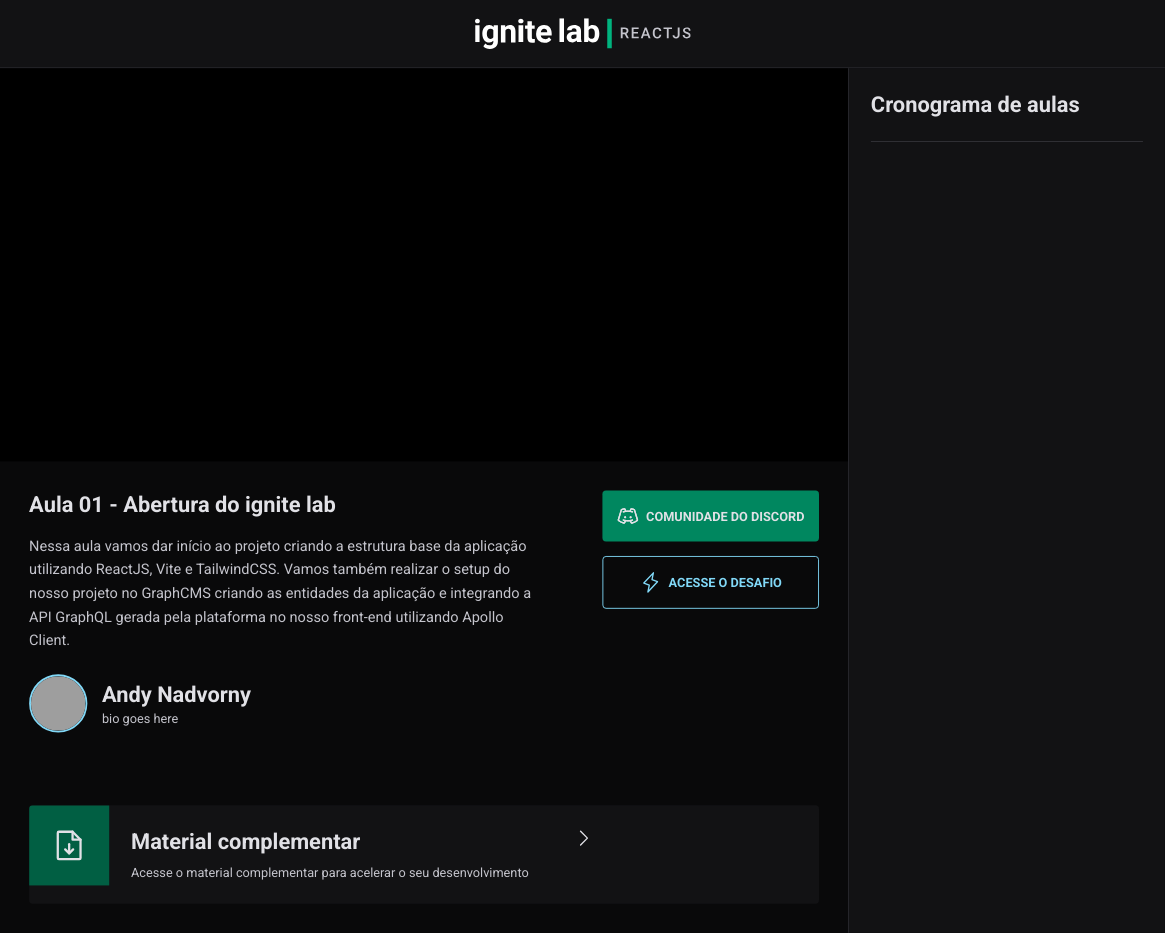
Repository: andynadvorny/event-platform
Page: /
The author's editor kept a copy of each file at every save. The page is drawn from the files as they stood at one save, then again after the next save.
The browser window is 1280 px wide. The pictures show the whole page, at 91% of full size.
Pictures or frames that could not be fetched are drawn as grey boxes. The page's requests for data from a server got no answer. The project was rebuilt for these pictures with package versions that can differ from the ones it lists, and the page was loaded fresh each time. No one was signed in, and anything a server would have sent is missing. Also part of the build but not shown: vite.config.ts, src/components/Lesson.tsx.

Above is the page before, as saved 2022-06-24 14:29:57.

### src/App.tsx
import { Event } from './pages/Event'

function App() {
  return (
    <Event />
  )
}

export default App

### src/lib/apollo.ts
import { ApolloClient, InMemoryCache } from "@apollo/client";

export const client = new ApolloClient({
  uri: 'https://api-sa-east-1.graphcms.com/v2/cl4q028zp2n6q01xs9d4d26wj/master',
  cache: new InMemoryCache()
});

### src/pages/Event.tsx
import { Header } from '../components/Header'
import { Sidebar } from '../components/Sidebar'
import { Video } from '../components/Video'

export function Event() {
  return (
    <div className="flex flex-col min-h-screen">
      <Header />
      <main className="flex flex-1">
        <Video />
        <Sidebar />
      </main>
    </div>
  )
}

### src/components/Sidebar.tsx
import { gql, useQuery } from "@apollo/client";
import { Lesson } from "./Lesson";

const GET_LESSONS_QUERY = gql`
  query {
    lessons(orderBy: availableAt_ASC, stage: PUBLISHED) {
      id
      lessonType
      availableAt
      title
      slug
    }
  }
`

interface GetLessonsQueryResponse {
  lessons: {
    id: string;
    lessonType: 'live' | 'class'
    availableAt: string;
    title: string;
    slug: string;
  }[]
}

export function Sidebar() {
  const { data } = useQuery<GetLessonsQueryResponse>(GET_LESSONS_QUERY)

  return (
    <aside className="w-[348px] bg-gray-700 p-6 border-l border-gray-600">
      <span className="font-bold text-2xl pb-6 mb-6 border-b border-gray-500 block">
        Cronograma de aulas
      </span>
      <div className="flex flex-col gap-8">
        {data?.lessons.map( lesson => (
          <Lesson
            key={lesson.id}
            title={lesson.title}
            slug={lesson.slug}
            availableAt={new Date(lesson.availableAt)}
            type={lesson.lessonType}
          />
        ))}
      </div>
    </aside>
  )
}

### src/components/Video.tsx
import { CaretRight, DiscordLogo, FileArrowDown, Lightning } from "phosphor-react";

export function Video() {
  return (
    <div className="flex-1">
      <div className="flex justify-center bg-black">
        <div className="h-full w-full max-w-[1100px] max-h-[60vh] aspect-video"></div>
      </div>

      <div className="p-8 max-w-[1100px] mx-auto">
        <div className="flex items-start gap-16">
          <div className="flex-1">
            <h1 className="text-2xl font-bold">
              Aula 01 - Abertura do ignite lab
            </h1>
            <p className="mt-4 text-gray-200 leading-relaxed">
              Nessa aula vamos dar início ao projeto criando a estrutura base da aplicação utilizando ReactJS, Vite e TailwindCSS. Vamos também realizar o setup do nosso projeto no GraphCMS criando as entidades da aplicação e integrando a API GraphQL gerada pela plataforma no nosso front-end utilizando Apollo Client.
            </p>
            <div className="flex items-center gap-4 mt-6">
              <img
                className="h-16 w-16 rounded-full border-2 border-blue-500"
                src="https://github.com/andynadvorny.png"
                alt="andy nadvorny"
              />
              <div className="leading-relaxed">
                <strong className="font-bold text-2xl block">Andy Nadvorny</strong>
                <span className="text-gray-200 text-sm block">bio goes here</span>
              </div>
            </div>
          </div>
          <div className="flex flex-col gap-4">
            <a
              href=""
              className="p-4 text-sm bg-green-500 flex items-center rounded font-bold uppercase gap-2 justify-center hover:bg-green-700 transition-colors"
            >
              <DiscordLogo size={24} />
              Comunidade do Discord
            </a>
            <a
              href=""
              className="p-4 text-sm border border-blue-500 text-blue-500 flex items-center rounded font-bold uppercase gap-2 justify-center hover:bg-blue-500 hover:text-gray-900 transition-colors"
            >
              <Lightning size={24} />
              Acesse o desafio
            </a>
          </div>
        </div>

        <div className="gap-8 mt-20 gid grid-cols-2">
          <a href="" className="bg-gray-700 rounded overflow-hidden flex items-stretch gap-6 hover:bg-gray-600 transition-colors">
            <div className="bg-green-700 h-full p-6 flex items-center">
              <FileArrowDown size={40} />
            </div>
            <div className="py-6 leading-relaxed">
              <strong className="text-2xl">
                Material complementar
              </strong>
              <p className="text-sm text-gray-200 mt-2">
                Acesse o material complementar para acelerar o seu desenvolvimento
              </p>
            </div>
            <div className="h-full p-6 flex items-center">
              <CaretRight size={24} />
            </div>
          </a>
          <a href="">

          </a>
        </div>
      </div>
    </div>
  )
}

### src/components/Logo.tsx
export function Logo() {
  return (
    <svg
      xmlns="http://www.w3.org/2000/svg"
      width="237"
      height="34"
      fill="none"
      viewBox="0 0 237 34"
    >
      <path
        fill="#fff"
        d="M.002 3.112a2.49 2.49 0 01.165-.987c.12-.314.304-.595.535-.83A2.906 2.906 0 012.615.572c.698 0 1.374.257 1.912.723.23.24.412.524.536.837a2.701 2.701 0 010 1.979 2.568 2.568 0 01-.536.837 2.889 2.889 0 01-1.907.723 2.901 2.901 0 01-1.908-.723 2.458 2.458 0 01-.538-.84 2.645 2.645 0 01-.172-.996zm4.96 23.146H.273V7.862h4.689v18.397zM8.012 16.973c0-2.853.686-5.145 2.055-6.883a6.653 6.653 0 015.528-2.606 5.869 5.869 0 014.802 2.09l.2-1.751h4.538v17.95a7.891 7.891 0 01-1.12 4.246 7.243 7.243 0 01-3.147 2.752 11.155 11.155 0 01-4.742.94c-1.378 0-2.74-.279-4.008-.812a7.08 7.08 0 01-2.946-2.11l2.208-3.02a5.905 5.905 0 004.543 2.08 4.356 4.356 0 003.104-1.059 3.938 3.938 0 001.103-2.993v-.994a5.775 5.775 0 01-4.555 1.935 6.647 6.647 0 01-3.05-.652 6.615 6.615 0 01-2.408-1.967c-1.397-1.752-2.085-4.089-2.085-6.942v-.21h-.025l.005.006zm4.997.355a6.723 6.723 0 001.026 3.956 3.233 3.233 0 002.799 1.443c.651.045 1.3-.088 1.878-.39a3.52 3.52 0 001.396-1.305v-7.825a3.448 3.448 0 00-1.374-1.305 3.504 3.504 0 00-1.86-.39 3.28 3.28 0 00-1.61.365 3.22 3.22 0 00-1.219 1.103c-.688.975-1.036 2.418-1.036 4.348zM33.098 7.833l.158 2.196a6.527 6.527 0 012.371-1.927 6.38 6.38 0 012.971-.62c1.97 0 3.438.597 4.39 1.79.953 1.194 1.456 2.936 1.486 5.293v12.249h-4.962V14.683a3.367 3.367 0 00-.684-2.344 3.086 3.086 0 00-1.069-.598 3.008 3.008 0 00-1.211-.13 3.349 3.349 0 00-1.821.454c-.553.32-1.01.794-1.313 1.367v13.37H28.45V7.845l4.647-.012zM47.512 3.112a2.304 2.304 0 01.185-.988 2.42 2.42 0 01.59-.831A3.439 3.439 0 0150.404.57c.772 0 1.52.256 2.117.723.508.486.792 1.142.792 1.826 0 .683-.284 1.34-.792 1.826a3.417 3.417 0 01-2.11.723c-.77 0-1.517-.257-2.11-.723a2.47 2.47 0 01-.594-.839 2.342 2.342 0 01-.19-.994h-.005zm5.483 23.149h-5.18V7.86h5.18v18.4zM62.454 3.334v4.612h3.107v3.677h-3.107v9.382c-.05.53.091 1.063.395 1.495a1.824 1.824 0 001.473.45c.476.002.95-.035 1.421-.114v3.803a9.672 9.672 0 01-2.939.449c-3.398 0-5.128-1.775-5.19-5.32V11.644h-2.642V7.968h2.643V3.356h4.841v-.025l-.002.003zM76.487 27.08a9.277 9.277 0 01-6.759-2.55c-1.74-1.699-2.605-3.957-2.605-6.797v-.494a11.295 11.295 0 011.098-5.08 8.141 8.141 0 013.111-3.465 8.72 8.72 0 014.59-1.22c2.577 0 4.62.815 6.098 2.449 1.478 1.633 2.226 3.94 2.226 6.929v2.055h-12.01a4.665 4.665 0 001.473 2.971 4.487 4.487 0 003.111 1.111 5.426 5.426 0 004.548-2.115l2.476 2.781a7.506 7.506 0 01-3.07 2.507 9.81 9.81 0 01-4.287.916v.002zm-.594-15.514a3.127 3.127 0 00-2.428 1.012 5.405 5.405 0 00-1.188 2.912h7.006v-.405a3.749 3.749 0 00-.908-2.608 3.252 3.252 0 00-2.45-.908h-.03l-.002-.003zM97.771 26.259h-4.957V0h4.957V26.26zM112.209 26.259c-.227-.444-.392-.997-.496-1.659-1.196 1.333-2.751 2.002-4.666 2.002-1.811 0-3.314-.523-4.504-1.572-1.191-1.049-1.786-2.372-1.786-3.966 0-1.96.725-3.464 2.179-4.513 1.453-1.049 3.553-1.58 6.3-1.59h2.273v-1.06c0-.854-.22-1.54-.659-2.051-.44-.513-1.131-.77-2.078-.77-.832 0-1.486.2-1.957.6-.474.4-.708.945-.708 1.64h-4.941c0-1.07.331-2.062.992-2.973.662-.91 1.597-1.626 2.804-2.144 1.206-.518 2.564-.778 4.069-.778 2.28 0 4.089.573 5.429 1.718 1.34 1.145 2.009 2.756 2.009 4.83v8.017c.012 1.754.256 3.082.735 3.983v.29h-4.992l-.003-.004zm-4.086-3.435c.728 0 1.402-.163 2.016-.486.614-.326 1.071-.76 1.367-1.308v-3.181h-1.846c-2.472 0-3.79.854-3.948 2.564l-.017.291c0 .614.217 1.123.649 1.523.434.4 1.026.6 1.779.6v-.003zM136.58 17.183c0 2.963-.632 5.273-1.898 6.931-1.265 1.659-3.032 2.488-5.3 2.488-2.006 0-3.608-.77-4.805-2.308l-.222 1.967h-4.444V.001h4.94v9.418c1.14-1.332 2.638-2 4.496-2 2.256 0 4.025.828 5.308 2.487 1.283 1.658 1.923 3.992 1.923 7v.274l.002.003zm-4.94-.358c0-1.868-.296-3.233-.889-4.094-.592-.861-1.475-1.29-2.65-1.29-1.572 0-2.655.643-3.247 1.932v7.299c.604 1.298 1.697 1.95 3.282 1.95 1.584 0 2.643-.788 3.146-2.36.239-.752.358-1.897.358-3.437z"
      ></path>
      <path
        fill="#C4C4CC"
        d="M164.51 17.501h-2.283v4.53h-2.048v-11.78h4.143c1.36 0 2.408.306 3.149.915.74.61 1.108 1.493 1.108 2.648 0 .787-.19 1.449-.57 1.98-.38.532-.911.94-1.59 1.226l2.646 4.906v.106h-2.194l-2.364-4.531h.003zm-2.283-1.65h2.105c.691 0 1.229-.176 1.619-.524.39-.348.582-.824.582-1.429 0-.604-.18-1.12-.538-1.466-.358-.345-.893-.523-1.606-.533h-2.162V15.85zM179.066 16.773h-4.839v3.625h5.656v1.634h-7.704V10.25h7.648v1.65h-5.6v3.253h4.839v1.62zM189.803 19.29h-4.565l-.955 2.744h-2.127l4.452-11.783h1.836l4.459 11.783h-2.137l-.963-2.744zm-3.99-1.65h3.415l-1.707-4.89-1.708 4.89zM204.716 18.197c-.119 1.256-.583 2.238-1.392 2.941-.81.703-1.885 1.056-3.228 1.056-.938 0-1.764-.222-2.48-.668-.715-.445-1.266-1.079-1.656-1.898-.387-.82-.589-1.772-.607-2.858v-1.1c0-1.11.198-2.09.59-2.937.392-.846.96-1.5 1.695-1.96.736-.458 1.587-.688 2.554-.688 1.301 0 2.347.353 3.139 1.057.792.703 1.254 1.7 1.385 2.99h-2.039c-.096-.846-.343-1.458-.74-1.833-.397-.375-.977-.563-1.745-.563-.89 0-1.574.326-2.05.977-.479.652-.721 1.605-.733 2.863v1.044c0 1.273.227 2.245.683 2.917.457.668 1.123 1.004 2.004 1.004.805 0 1.409-.18 1.814-.543.405-.363.661-.962.77-1.804h2.038l-.002.003zM216.481 11.902h-3.674v10.132h-2.031V11.902h-3.642V10.25h9.347v1.65zM222.759 10.251h2.039v8.262c0 1.127-.353 2.023-1.057 2.687-.703.664-1.633.995-2.788.995-1.229 0-2.179-.311-2.848-.93-.669-.62-1.004-1.484-1.004-2.59h2.038c0 .627.156 1.096.467 1.412.31.316.76.474 1.347.474.55 0 .989-.183 1.315-.545.326-.366.489-.867.489-1.51V10.25h.002zM234.952 18.999c0-.518-.183-.918-.545-1.197-.363-.279-1.022-.563-1.972-.849-.95-.286-1.705-.604-2.265-.955-1.074-.674-1.612-1.555-1.612-2.638 0-.95.388-1.732 1.163-2.347.774-.614 1.779-.922 3.015-.922.819 0 1.55.15 2.194.454a3.597 3.597 0 011.513 1.29c.367.558.55 1.177.55 1.858h-2.038c0-.614-.193-1.095-.578-1.443-.385-.348-.938-.524-1.656-.524-.668 0-1.189.144-1.557.43-.37.286-.555.686-.555 1.197 0 .432.2.792.6 1.08.399.29 1.056.57 1.974.842.918.271 1.653.582 2.208.93.556.348.963.748 1.222 1.197.259.452.387.977.387 1.582 0 .982-.375 1.762-1.127 2.342-.753.58-1.775.87-3.063.87a5.755 5.755 0 01-2.352-.473c-.715-.316-1.27-.75-1.668-1.308-.397-.555-.594-1.204-.594-1.942h2.048c0 .669.222 1.187.664 1.555.441.367 1.075.55 1.902.55.713 0 1.246-.143 1.607-.432.357-.288.538-.671.538-1.145l-.003-.002z"
      ></path>
      <path fill="#00B37E" d="M150.271 33.146h-4.958V.57h4.958v32.576z"></path>
    </svg>
  );
}

### tailwind.config.js
/** @type {import('tailwindcss').Config} */
module.exports = {
  content: [
    './src/**/*.tsx'
  ],
  theme: {
    extend: {
      fontFamily: {
        sans: 'Roboto, sans-serif'
      },
      colors: {
        green: {
          300: '#00B37E',
          500: '#00875F',
          700: '#015F43',
        },
        blue: {
          500: '#81D8F7',
        },
        orange: {
          500: '#FBA94C',
        },
        red: {
          500: '#F75A68',
        },
        gray: {
          100: '#E1E1E6',
          200: '#C4C4CC',
          300: '#8D8D99',
          500: '#323238',
          600: '#29292E',
          700: '#121214',
          900: '#09090A'
        }
      }
    },
  },
  plugins: [],
}

Loaded but not shown: index.html (common file); src/main.tsx (common file); src/styles/global.css (common file); src/components/Header.tsx (common file)

After the next save:
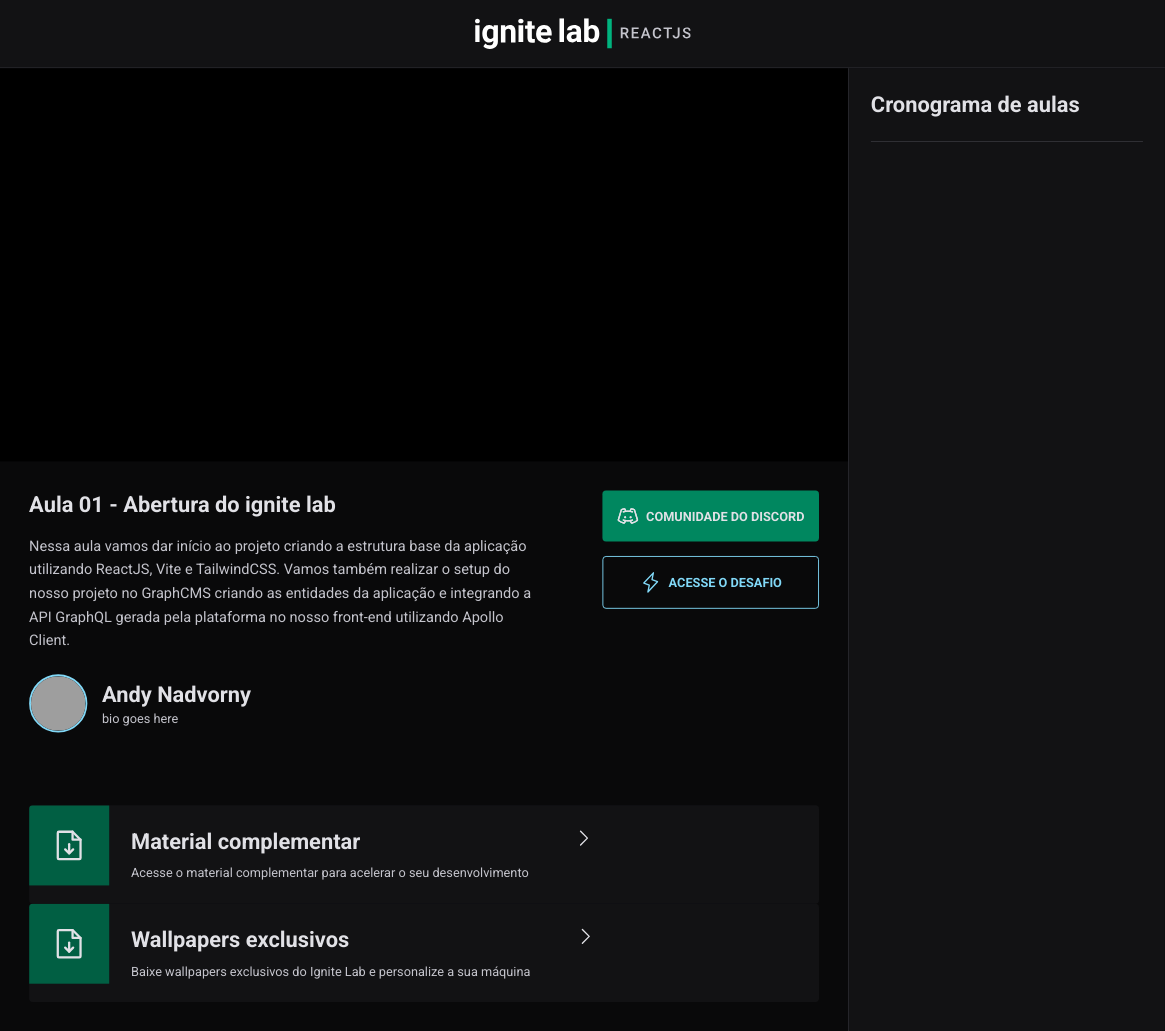
Saved 84 s later.
--- a/src/components/Video.tsx
+++ b/src/components/Video.tsx
@@ -63,8 +63,21 @@
               <CaretRight size={24} />
             </div>
           </a>
-          <a href="">
-
+          <a href="" className="bg-gray-700 rounded overflow-hidden flex items-stretch gap-6 hover:bg-gray-600 transition-colors">
+            <div className="bg-green-700 h-full p-6 flex items-center">
+              <FileArrowDown size={40} />
+            </div>
+            <div className="py-6 leading-relaxed">
+              <strong className="text-2xl">
+                Wallpapers exclusivos
+              </strong>
+              <p className="text-sm text-gray-200 mt-2">
+                Baixe wallpapers exclusivos do Ignite Lab e personalize a sua máquina
+              </p>
+            </div>
+            <div className="h-full p-6 flex items-center">
+              <CaretRight size={24} />
+            </div>
           </a>
         </div>
       </div>
